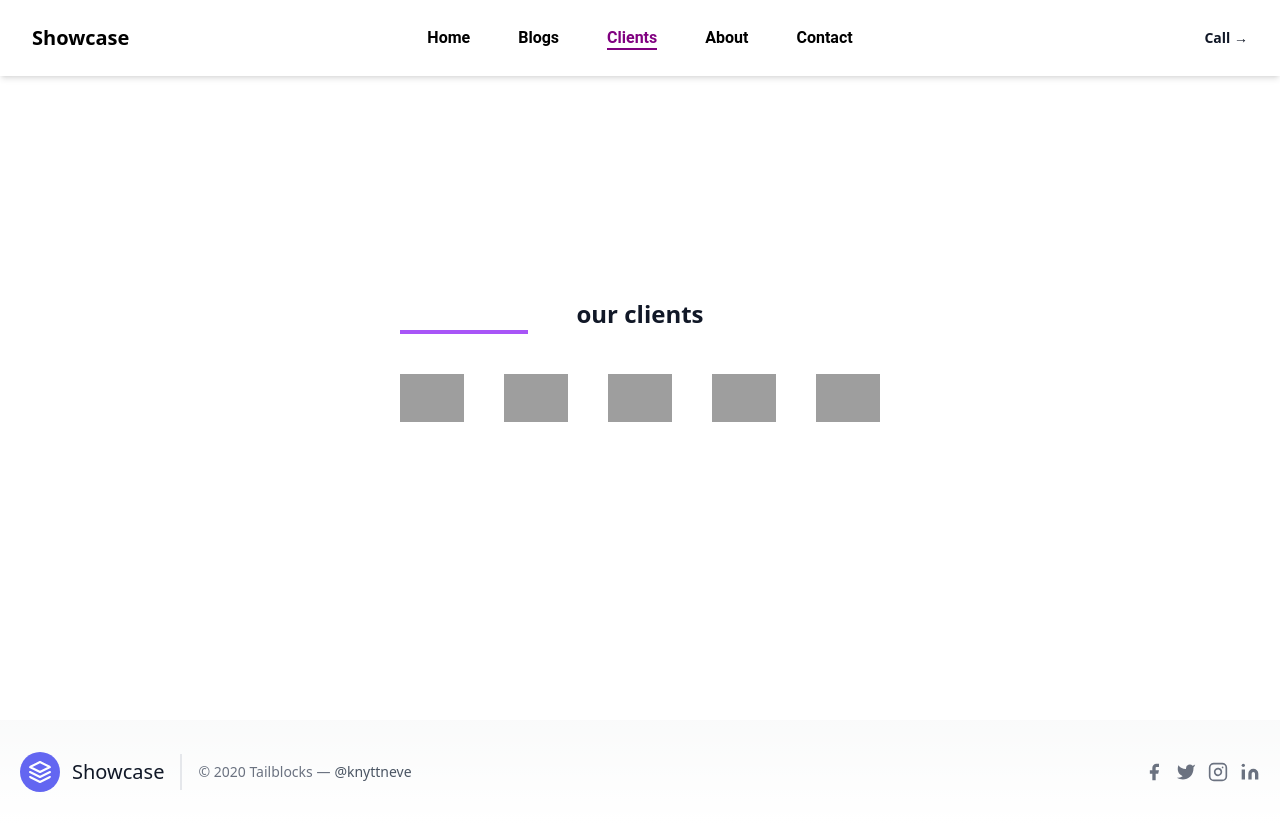
Repository: prashant523580/showcase
Page: /clients
These files come from the project's save history. The page is drawn as it stood at one moment and after the next save; the edit follows.
The browser window is 1280 px wide. The pictures show the whole page.
Pictures or frames that could not be fetched are drawn as grey boxes. The project was rebuilt for these pictures with package versions that can differ from the ones it lists, and the page was loaded fresh each time. The framework's server and built-in components were replaced by stand-ins that run in the browser. Also part of the build but not shown: next.config.js.

Above is the page before, as saved 2023-03-25 17:37:30.

### src/pages/_app.tsx
import Footer from '@/components/Footer'
import Navbar from '@/components/Navbar'
import React from "react";
import '@/styles/globals.css'
import type { AppProps } from 'next/app'
import AOS from "aos";
import "aos/dist/aos.css"
export default function App({ Component, pageProps }: AppProps) {
  React.useEffect(()=>{
      AOS.init()
  },[])
  return(
<>
    <Navbar/>
    <Component {...pageProps} />
    <Footer/>
</>
    )
}

### src/pages/clients.tsx
export default function Clients() {
    return (
      <div className="bg-white py-24 sm:py-32 h-[100vh] flex flex-col justify-center items-center">
        <div className="mx-auto max-w-7xl px-6 lg:px-8">
          <h2 className="text-center text-2xl font-semibold leading-8 text-gray-900">
           our clients
          </h2>
          <div className="h-1 w-32 bg-purple-500"></div>
          <div className="mx-auto mt-10 grid max-w-lg grid-cols-4 items-center gap-x-8 gap-y-10 sm:max-w-xl sm:grid-cols-6 sm:gap-x-10 lg:mx-0 lg:max-w-none lg:grid-cols-5">
            <img
              className="col-span-2 max-h-12 w-full object-contain lg:col-span-1"
              src="https://tailwindui.com/img/logos/158x48/transistor-logo-gray-900.svg"
              alt="Transistor"
              width={158}
              height={48}
            />
            <img
              className="col-span-2 max-h-12 w-full object-contain lg:col-span-1"
              src="https://tailwindui.com/img/logos/158x48/reform-logo-gray-900.svg"
              alt="Reform"
              width={158}
              height={48}
            />
            <img
              className="col-span-2 max-h-12 w-full object-contain lg:col-span-1"
              src="https://tailwindui.com/img/logos/158x48/tuple-logo-gray-900.svg"
              alt="Tuple"
              width={158}
              height={48}
            />
            <img
              className="col-span-2 max-h-12 w-full object-contain sm:col-start-2 lg:col-span-1"
              src="https://tailwindui.com/img/logos/158x48/savvycal-logo-gray-900.svg"
              alt="SavvyCal"
              width={158}
              height={48}
            />
            <img
              className="col-span-2 col-start-2 max-h-12 w-full object-contain sm:col-start-auto lg:col-span-1"
              src="https://tailwindui.com/img/logos/158x48/statamic-logo-gray-900.svg"
              alt="Statamic"
              width={158}
              height={48}
            />
          </div>
        </div>
      </div>
    )
  }

### src/components/Footer.tsx
import React from 'react'

export default function Footer() {
  return (
    <footer className="text-gray-600 body-font">
  <div className="container px-5 py-8 mx-auto flex items-center sm:flex-row flex-col">
    <a className="flex title-font font-medium items-center md:justify-start justify-center text-gray-900">
      <svg xmlns="http://www.w3.org/2000/svg" fill="none" stroke="currentColor" stroke-linecap="round" stroke-linejoin="round" stroke-width="2" className="w-10 h-10 text-white p-2 bg-indigo-500 rounded-full" viewBox="0 0 24 24">
        <path d="M12 2L2 7l10 5 10-5-10-5zM2 17l10 5 10-5M2 12l10 5 10-5"></path>
      </svg>
      <span className="ml-3 text-xl">Showcase</span>
    </a>
    <p className="text-sm text-gray-500 sm:ml-4 sm:pl-4 sm:border-l-2 sm:border-gray-200 sm:py-2 sm:mt-0 mt-4">© 2020 Tailblocks —
      <a href="https://twitter.com/knyttneve" className="text-gray-600 ml-1" rel="noopener noreferrer" target="_blank">@knyttneve</a>
    </p>
    <span className="inline-flex sm:ml-auto sm:mt-0 mt-4 justify-center sm:justify-start">
      <a className="text-gray-500">
        <svg fill="currentColor" stroke-linecap="round" stroke-linejoin="round" stroke-width="2" className="w-5 h-5" viewBox="0 0 24 24">
          <path d="M18 2h-3a5 5 0 00-5 5v3H7v4h3v8h4v-8h3l1-4h-4V7a1 1 0 011-1h3z"></path>
        </svg>
      </a>
      <a className="ml-3 text-gray-500">
        <svg fill="currentColor" stroke-linecap="round" stroke-linejoin="round" stroke-width="2" className="w-5 h-5" viewBox="0 0 24 24">
          <path d="M23 3a10.9 10.9 0 01-3.14 1.53 4.48 4.48 0 00-7.86 3v1A10.66 10.66 0 013 4s-4 9 5 13a11.64 11.64 0 01-7 2c9 5 20 0 20-11.5a4.5 4.5 0 00-.08-.83A7.72 7.72 0 0023 3z"></path>
        </svg>
      </a>
      <a className="ml-3 text-gray-500">
        <svg fill="none" stroke="currentColor" stroke-linecap="round" stroke-linejoin="round" stroke-width="2" className="w-5 h-5" viewBox="0 0 24 24">
          <rect width="20" height="20" x="2" y="2" rx="5" ry="5"></rect>
          <path d="M16 11.37A4 4 0 1112.63 8 4 4 0 0116 11.37zm1.5-4.87h.01"></path>
        </svg>
      </a>
      <a className="ml-3 text-gray-500">
        <svg fill="currentColor" stroke="currentColor" stroke-linecap="round" stroke-linejoin="round" stroke-width="0" className="w-5 h-5" viewBox="0 0 24 24">
          <path stroke="none" d="M16 8a6 6 0 016 6v7h-4v-7a2 2 0 00-2-2 2 2 0 00-2 2v7h-4v-7a6 6 0 016-6zM2 9h4v12H2z"></path>
          <circle cx="4" cy="4" r="2" stroke="none"></circle>
        </svg>
      </a>
    </span>
  </div>
</footer>
  )
}

### src/components/Navbar.tsx
// import React from 'react'

// export default function Navbar() {
//   return (
//     <header className="text-gray-600 body-font">
//   <div className="container mx-auto flex flex-wrap p-5 flex-col md:flex-row items-center">
//     <nav className="flex lg:w-2/5 flex-wrap items-center text-base md:ml-auto">
//       <a className="mr-5 hover:text-gray-900">First Link</a>
//       <a className="mr-5 hover:text-gray-900">Second Link</a>
//       <a className="mr-5 hover:text-gray-900">Third Link</a>
//       <a className="hover:text-gray-900">Fourth Link</a>
//     </nav>
//     <a className="flex order-first lg:order-none lg:w-1/5 title-font font-medium items-center text-gray-900 lg:items-center lg:justify-center mb-4 md:mb-0">
//       <svg xmlns="http://www.w3.org/2000/svg" fill="none" stroke="currentColor" stroke-linecap="round" stroke-linejoin="round" stroke-width="2" className="w-10 h-10 text-white p-2 bg-indigo-500 rounded-full" viewBox="0 0 24 24">
//         <path d="M12 2L2 7l10 5 10-5-10-5zM2 17l10 5 10-5M2 12l10 5 10-5"></path>
//       </svg>
//       <span className="ml-3 text-xl">Tailblocks</span>
//     </a>
//     <div className="lg:w-2/5 inline-flex lg:justify-end ml-5 lg:ml-0">
//       <button className="inline-flex items-center bg-gray-100 border-0 py-1 px-3 focus:outline-none hover:bg-gray-200 rounded text-base mt-4 md:mt-0">Button
//         <svg fill="none" stroke="currentColor" stroke-linecap="round" stroke-linejoin="round" stroke-width="2" className="w-4 h-4 ml-1" viewBox="0 0 24 24">
//           <path d="M5 12h14M12 5l7 7-7 7"></path>
//         </svg>
//       </button>
//     </div>
//   </div>
// </header>
//   )
// }
import React, { useState } from 'react'
import {useRouter} from "next/router"
import { Dialog } from '@headlessui/react'
import { Bars3Icon, XMarkIcon } from '@heroicons/react/24/outline'
import Link from 'next/link'

const navigation = [
  { name: 'Home', href: '/' },
  { name: 'Blogs', href: '/blogs' },
  { name: 'Clients', href: '/clients' },
  { name: 'About', href: '/about' },
  { name: 'Contact', href: '/contact' },
]
function ActiveLink({ children, href } : any) {
  const router = useRouter();
  const style = {
      // padding: 10,
    // marginRight: 10,
    fontWeight:"bold",
    color: router.asPath === href ? 'purple' : 'black',
    boxShadow:  router.asPath === href ? "inset 0 -2px 0 0 purple" : "none",
    fontFamily: "'Roboto', sans-serif",
  }

  const handleClick = (e : any) => {
    e.preventDefault()
    router.push(href)
  }

  return (
    <a href={href} onClick={handleClick} style={style}>
      {children}
    </a>
  )
}
export default function Example() {
  const [mobileMenuOpen, setMobileMenuOpen] = useState(false)

  return (
    <div className="bg-white">
      <header className="absolute shadow-md bg-white inset-x-0 top-0 z-50">
        <nav className="flex items-center justify-between p-6 lg:px-8" aria-label="Global">
          <div className="flex lg:flex-1">
            <Link href="/" className="-m-1.5 p-1.5">
              <span className="sr-only">Showcase</span>
              {/* <img
                className="h-8 w-auto"
                src="https://tailwindui.com/img/logos/mark.svg?color=indigo&shade=600"
                alt=""
              /> */}
              <h1 className='font-bold text-xl'>Showcase</h1>
            </Link>
          </div>
          <div className="flex lg:hidden">
            <button
              type="button"
              className="-m-2.5 inline-flex items-center justify-center rounded-md p-2.5 text-gray-700"
              onClick={() => setMobileMenuOpen(true)}
            >
              <span className="sr-only">Open main menu</span>
              <Bars3Icon className="h-6 w-6" aria-hidden="true" />
            </button>
          </div>
          <div className="hidden lg:flex lg:gap-x-12">
            {navigation.map((item) => (
              <ActiveLink key={item.name} href={item.href}>
                {item.name}
              </ActiveLink>
            ))}
          </div>
          <div className="hidden lg:flex lg:flex-1 lg:justify-end">
            <Link href="tel:+9779816514719" className="text-sm font-semibold leading-6 text-gray-900">
              Call <span aria-hidden="true">&rarr;</span>
            </Link>
          </div>
        </nav>
        <Dialog as="div" className="lg:hidden transition-all" open={mobileMenuOpen} onClose={setMobileMenuOpen}>
          <div className="fixed inset-0 z-50  transition-all" />
          <Dialog.Panel className="fixed transition-all inset-y-0 right-0 z-50 w-full overflow-y-auto bg-white px-6 py-6 sm:max-w-sm sm:ring-1 sm:ring-gray-900/10">
            <div className="flex items-center justify-between">
              <Link href="#" className="-m-1.5 p-1.5">
                <span className="sr-only">Showcase</span>
                <img
                  className="h-8 w-auto"
                  src="https://tailwindui.com/img/logos/mark.svg?color=indigo&shade=600"
                  alt=""
                />
              </Link>
              <button
                type="button"
                className="-m-2.5 rounded-md p-2.5 text-gray-700"
                onClick={() => setMobileMenuOpen(false)}
              >
                <span className="sr-only">Close menu</span>
                <XMarkIcon className="h-6 w-6" aria-hidden="true" />
              </button>
            </div>
            <div className="mt-6 flow-root">
              <div className="-my-6 divide-y divide-gray-500/10">
                <div className="space-y-2 py-6">
                  {navigation.map((item) => (
                    <Link
                      key={item.name}
                      href={item.href}
                      className="-mx-3 block rounded-lg py-2 px-3 text-base font-semibold leading-7 text-gray-900 hover:bg-gray-50"
                    >
                      {item.name}
                    </Link>
                  ))}
                </div>
                <div className="py-6">
                  <Link
                    href="#"
                    className="-mx-3 block rounded-lg py-2.5 px-3 text-base font-semibold leading-7 text-gray-900 hover:bg-gray-50"
                  >
                    Log in
                  </Link>
                </div>
              </div>
            </div>
          </Dialog.Panel>
        </Dialog>
      </header>


    </div>
  )
}

### src/styles/globals.css
@tailwind base;
@tailwind components;
@tailwind utilities;
@import url('https://fonts.googleapis.com/css2?family=Aclonica&family=Caveat&family=DM+Serif+Text&family=Oswald&family=Roboto&family=Vollkorn&display=swap');

:root {
  --max-width: 1100px;
  --border-radius: 12px;
  --font-mono: ui-monospace, Menlo, Monaco, 'Cascadia Mono', 'Segoe UI Mono',
    'Roboto Mono', 'Oxygen Mono', 'Ubuntu Monospace', 'Source Code Pro',
    'Fira Mono', 'Droid Sans Mono', 'Courier New', monospace;

  --foreground-rgb: 0, 0, 0;
  --background-start-rgb: 214, 219, 220;
  --background-end-rgb: 255, 255, 255;

  --primary-glow: conic-gradient(
    from 180deg at 50% 50%,
    #16abff33 0deg,
    #0885ff33 55deg,
    #54d6ff33 120deg,
    #0071ff33 160deg,
    transparent 360deg
  );
  --secondary-glow: radial-gradient(
    rgba(255, 255, 255, 1),
    rgba(255, 255, 255, 0)
  );

  --tile-start-rgb: 239, 245, 249;
  --tile-end-rgb: 228, 232, 233;
  --tile-border: conic-gradient(
    #00000080,
    #00000040,
    #00000030,
    #00000020,
    #00000010,
    #00000010,
    #00000080
  );

  --callout-rgb: 238, 240, 241;
  --callout-border-rgb: 172, 175, 176;
  --card-rgb: 180, 185, 188;
  --card-border-rgb: 131, 134, 135;
}

@media (prefers-color-scheme: dark) {
  :root {
    --foreground-rgb: 255, 255, 255;
    --background-start-rgb: 0, 0, 0;
    --background-end-rgb: 0, 0, 0;

    --primary-glow: radial-gradient(rgba(1, 65, 255, 0.4), rgba(1, 65, 255, 0));
    --secondary-glow: linear-gradient(
      to bottom right,
      rgba(1, 65, 255, 0),
      rgba(1, 65, 255, 0),
      rgba(1, 65, 255, 0.3)
    );

    --tile-start-rgb: 2, 13, 46;
    --tile-end-rgb: 2, 5, 19;
    --tile-border: conic-gradient(
      #ffffff80,
      #ffffff40,
      #ffffff30,
      #ffffff20,
      #ffffff10,
      #ffffff10,
      #ffffff80
    );

    --callout-rgb: 20, 20, 20;
    --callout-border-rgb: 108, 108, 108;
    --card-rgb: 100, 100, 100;
    --card-border-rgb: 200, 200, 200;
  }
}

* {
  box-sizing: border-box;
  padding: 0;
  margin: 0;
}

html,
body {
  max-width: 100vw;
  overflow-x: hidden;

}

body {
  color: rgb(var(--foreground-rgb));
  background: linear-gradient(
      to bottom,
      transparent,
      rgb(var(--background-end-rgb))
    )
    rgb(var(--background-start-rgb));
      /*
    font-family: 'Vollkorn', serif;
    font-family: 'Oswald', sans-serif;
    font-family: 'Aclonica', sans-serif;
    font-family: 'Caveat', cursive;
    font-family: 'DM Serif Text', serif;
    font-family: 'Roboto', sans-serif;
    */
}

a {
  color: inherit;
  text-decoration: none;
}

@media (prefers-color-scheme: dark) {
  html {
    color-scheme: dark;
  }
}

Loaded but not shown: src/pages/_document.tsx (common file); tailwind.config.js (common file)

After the next save:
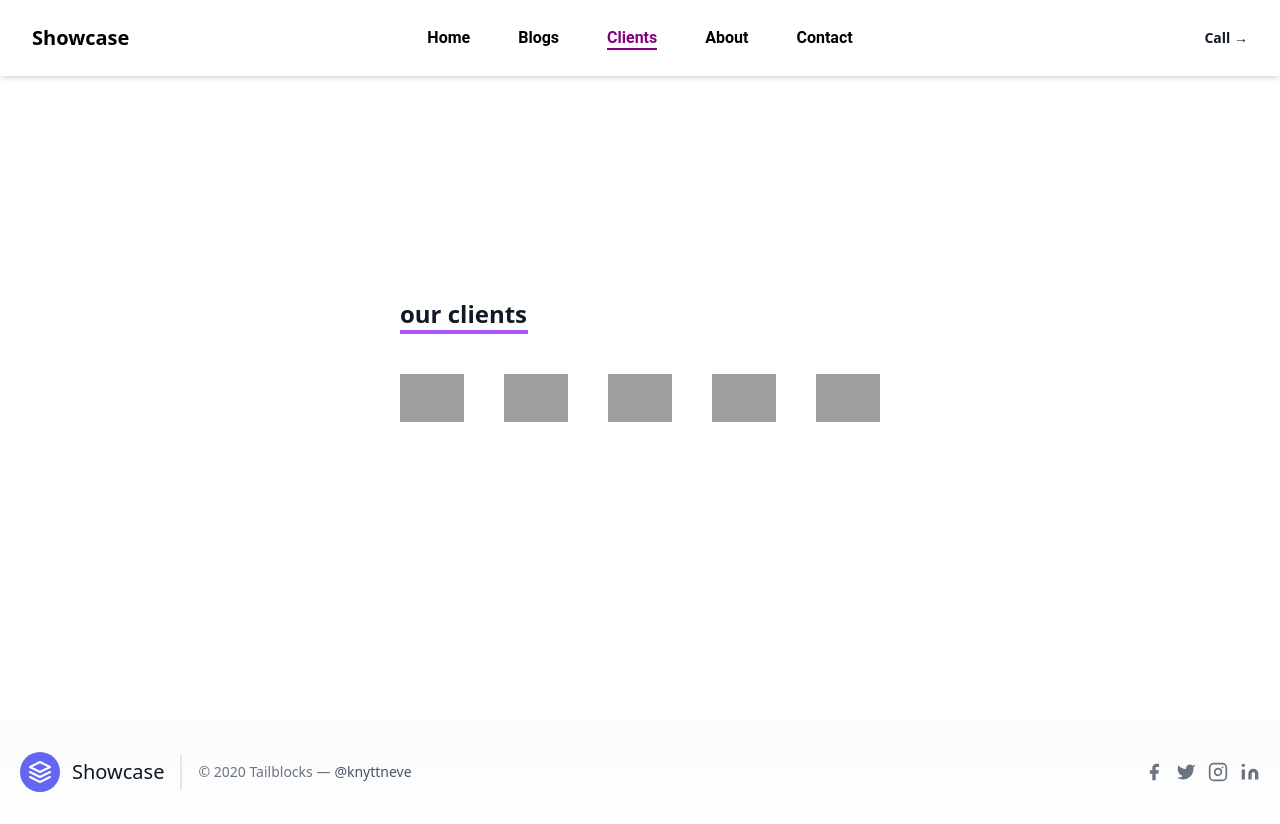
Saved 11 s later.
--- a/src/pages/clients.tsx
+++ b/src/pages/clients.tsx
@@ -2,7 +2,7 @@ export default function Clients() {
     return (
       <div className="bg-white py-24 sm:py-32 h-[100vh] flex flex-col justify-center items-center">
         <div className="mx-auto max-w-7xl px-6 lg:px-8">
-          <h2 className="text-center text-2xl font-semibold leading-8 text-gray-900">
+          <h2 className="text-2xl font-semibold leading-8 text-gray-900">
            our clients
           </h2>
           <div className="h-1 w-32 bg-purple-500"></div>
